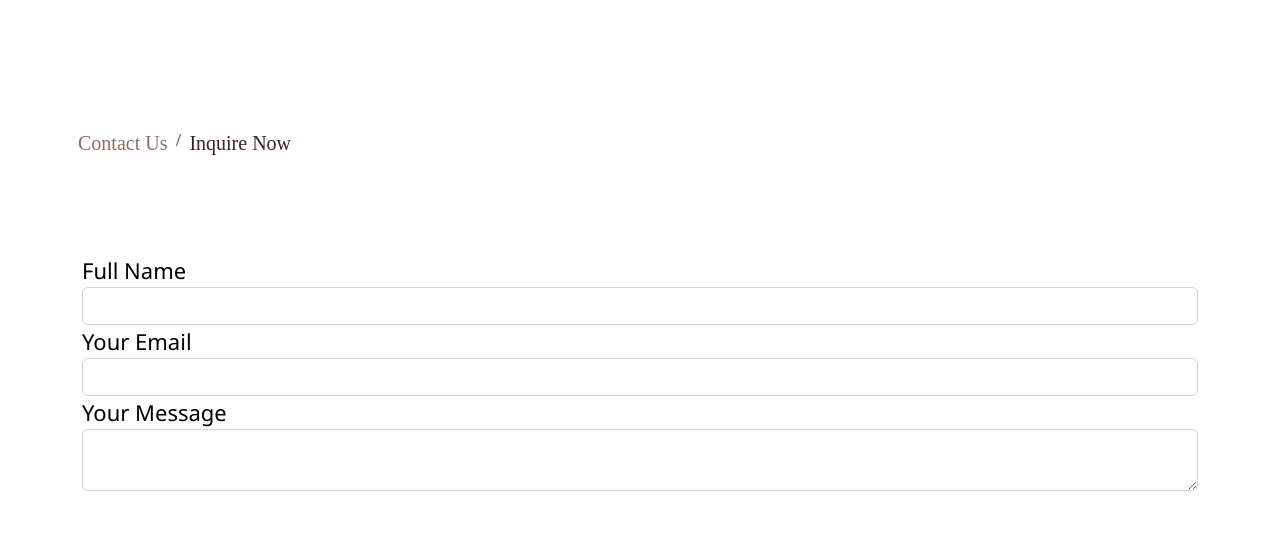
Repository: kaushalyaweerakoon/Plantation-Villa
Page: contact-us.html
These files come from the project's save history. The page is drawn as it stood at one moment and after the next save; the edit follows.
The browser window is 1280 px wide. The pictures show the part of the page from y = 1313 to 1992 px (the page is 1852 px tall before and 1992 px after).
Some web fonts or font styles are not loaded; a fallback is used.

Above is the page before, as saved 2022-08-15 15:19:41.
Not found: assets/js/main.js

### contact-us.html
<!doctype html>
<html lang="en">

<head>
    <meta charset="utf-8">
    <meta name="viewport" content="width=device-width, initial-scale=1">

    <title>Plantation Villa| News Inner</title>

    <!-- Bootstrap css -->
    <link href="https://cdn.jsdelivr.net/npm/bootstrap@5.2.0-beta1/dist/css/bootstrap.min.css" rel="stylesheet"
        integrity="sha384-0evHe/X+R7YkIZDRvuzKMRqM+OrBnVFBL6DOitfPri4tjfHxaWutUpFmBp4vmVor" crossorigin="anonymous">

    <!-- fonts -->
    <link href="http://fonts.cdnfonts.com/css/segoe-ui-4" rel="stylesheet">
    <link rel="preconnect" href="https://fonts.googleapis.com">
    <link rel="preconnect" href="https://fonts.gstatic.com" crossorigin>

    <!-- swiperJS -->
    <link rel="stylesheet" href="https://unpkg.com/swiper@8/swiper-bundle.min.css" />

    <!-- custom css -->
    <link rel="stylesheet" href="asserts/css/main.css">

</head>


<!-- Section 2-->
<section class="container mt-md-4 mt-3 mb-5 pb-4">
    <p class="title pt-3">CONTACT US</p>

    <div class="text-center" id="">
        <p class="text">
            Lorem ipsum dolor sit amet, consectetur adipiscing elit. Cras cursus velit eu efficitur ultricies. Ut
            interdum et ipsum quis mattis. Sed bibendum arcu non sodales euismod. Proin ac metus quis ligula tempus
            commodo id a nunc.
        </p>
    </div>
</section>

<div class="container pb-4">
    <!-- Breadcrumb -->
    <nav aria-label="" class="mt-5 mb-4 ">
        <ol class="breadcrumb">
            <li class="breadcrumb-item"><a href="" class="breadcrumb-text fs-13-px text-font-family">Contact
                    Us </a>
            <li class="breadcrumb-item"><a href="" aria-current="page"
                    class="breadcrumb-text active fs-13-px text-font-family">Get In Touch</a>
            </li>
        </ol>
    </nav>
    <!--/ Breadcrumb -->

    <div class="row gy-3 gx-4">
        <div class="col-md-4 col-xl-2 pe-xl-5">

            <div class="col-xl-12 pb-5">
                <p class="country-text">Sri Lanka</p>
                <p class="">Wattalaya Watta,<br>
                    Nehinna, Dodangoda,<br>
                    Kalutara, Sri Lanka</p>
                <ul class="list-unstyled">
                    <li><a class="mb-3 lh-lg text-dark text-decoration-none"
                            href="reservations@srimal.com">reservations@srimal.com</a>
                    </li>
                    <li><a class="text-dark text-decoration-none" href="tel:++090123456789">+090123456789</a></li>
                </ul>
            </div>
        </div>

        <div class="col-md-4 col-xl-2 pe-xl-5">
        </div>

        <div class="col-md-4 col-xl-2 pe-xl-5">
            <div class="col-xl-12 pb-5">
                <p class="country-text">UK</p>
                <p class="">Wattalaya Watta,<br>
                    Nehinna, Dodangoda,<br>
                    Kalutara, Sri Lanka</p>
                <ul class="list-unstyled">
                    <li><a class="mb-3 lh-lg text-dark text-decoration-none"
                            href="reservations@srimal.com">reservations@srimal.com</a>
                    </li>
                    <li><a class="text-dark text-decoration-none" href="tel:++090123456789">+090123456789</a></li>
                </ul>
            </div>

        </div>
    </div>
</div>


<!-- map section-->
<section class="container mt-md-4 mt-3 mb-5 pb-4">

    <div class="ratio" style="--bs-aspect-ratio: 50%;">
        <iframe
            src="https://www.google.com/maps/embed?pb=!1m14!1m8!1m3!1d52824.16461165647!2d80.37247646048803!3d7.61515466786648!3m2!1i1024!2i768!4f13.1!3m3!1m2!1s0x3ae333391ecc0a0d%3A0x8a95434c984a12bf!2sARALIYA%20HOTEL!5e0!3m2!1sen!2slk!4v1660547131912!5m2!1sen!2slk"
            width="600" height="450" style="border:0;" allowfullscreen="" loading="lazy"
            referrerpolicy="no-referrer-when-downgrade"></iframe>
    </div>
</section>
<!-- map section -->

<!-- Breadcrumb -->
<div class="container pb-4 p-2">
    <nav aria-label="" class="mt-5 mb-4 ">
        <ol class="breadcrumb">
            <li class="breadcrumb-item"><a href="" class="breadcrumb-text fs-13-px text-font-family">Contact
                    Us </a>
            <li class="breadcrumb-item"><a href="" aria-current="page"
                    class="breadcrumb-text active fs-13-px text-font-family">Inquire Now</a>
            </li>
        </ol>
    </nav>
</div>
<!--/ Breadcrumb -->
<section>
    <div class="container pb-4">
        <nav aria-label="" class="mt-5 mb-4 ">
            <div id="contact-us">
                <form>
                    <div class="">
                        <div class="">
                            <label for="fullname" class="text">Full Name</label>
                            <input type="text" class="form-control" id="fullname" aria-describedby="emailHelp">
                        </div>





                        <div class="">
                            <div class="d-flex justify-content-between align-items-center">
                                <label for="emailaddress" class="text">Your Email </label>
                            </div>
                            <input type="email" class="form-control" id="emailaddress" aria-describedby="emailHelp">
                        </div>

                        <div class="">
                            <label for="comment" class="text">Your Message</label>
                            <textarea class="form-control h-auto" id="comment"></textarea>
                        </div>
                    </div>
                </form>
            </div>
        </nav>
    </div>
</section>



<!-- bootstrap -->
<script src="https://cdn.jsdelivr.net/npm/bootstrap@5.2.0-beta1/dist/js/bootstrap.bundle.min.js"
    integrity="sha384-pprn3073KE6tl6bjs2QrFaJGz5/SUsLqktiwsUTF55Jfv3qYSDhgCecCxMW52nD2"
    crossorigin="anonymous"></script>

<!-- swiperJS -->
<script src="https://unpkg.com/swiper@8/swiper-bundle.min.js"></script>

<!-- custom script -->
<script src="assets/js/main.js"></script>


</body>

</html>

### asserts/css/main.css
/* Call the root */
:root {
  --Lora-font: 'Lora';
  --Segoe-font: 'Segoe UI';

  --font-size-14px: 18px;
  --font-size-20px: 20px;
  --font-size-22px: 22px;
  --font-size-25px: 25px;
  --font-size-30px: 30px;
  --font-size-35px: 35px;
  --font-size-40px: 40px;

  --font-color-8d6e63: #8d6e63;
  --font-color-3e2222: #3e2222;
  --bggreen: #7d824a;
  --co-white: #ffffff;
}

/* Create clases for fronts */
.Lora-ff {
  font-family: var(--Lora-font);
}

.Segoe-ff {
  font-family: var(--Segoe-font);
}

/* Create clases for front sizes*/
.fs-18-px {
  font-size: var(--font-size-18px)
}

.fs-20-px {
  font-size: var(--font-size-20px)
}

.fs-22-px {
  font-size: var(--font-size-22px)
}

.fs-25-px {
  font-size: var(--font-size-22px)
}

.fs-30-px {
  font-size: var(--font-size-30px)
}

.fs-35-px {
  font-size: var(--font-size-35px)
}

.fs-40-px {
  font-size: var(--font-size-40px)
}

/* Color */
.txt-purple {
  color: var(--font-color-8d6e63)
}

.txt-red {
  color: var(--font-color-3e2222)
}

/* news inner */

/* Breadcrumb */
.breadcrumb-text {
  font-family: var(--Lora-font);
  text-decoration: none;
  color: var(--font-color-8d6e63);
  font-weight: normal;
  font-size: var(--font-size-20px);
}

.breadcrumb-text.active {
  color: var(--font-color-3e2222);
  text-decoration: none;
  font-weight: normal;
}

.breadcrumb-text:hover {
  font-family: var(--Lora-font);
  font-size: var(--font-size-35px);
  color: var(--font-color-8d6e63);
  text-decoration: none;
}

/* -- */

.newsinner-date {
  color: var(--font-color-8d6e63);
  font-family: var(--Segoe-font);
  font-size: var(--font-size-20px);
}

.newsinner-head {
  color: var(--font-color-3e2222);
  font-family: var(--Lora-font);
  font-size: 45px;
  font-weight: normal;
}

/* Heading */

.title {
  font-size: var(--font-size-30px);
  font-family: var(--Segoe-font);
  color: var(--font-color-8d6e63);
  text-align: center;
  margin-bottom: clamp(40px, 5vw, 71px);
}
.text{
  font-size: var(--font-size-22px);
  font-family: var(--Segoe-font);
  color: #000;
}

/* contact us */
.country-text {
  font-family: var(--Lora-font)!important;
  color: var(--font-color-3e2222);
  font-weight: normal;
  font-size: var(--font-size-30px);
}

After the next save:
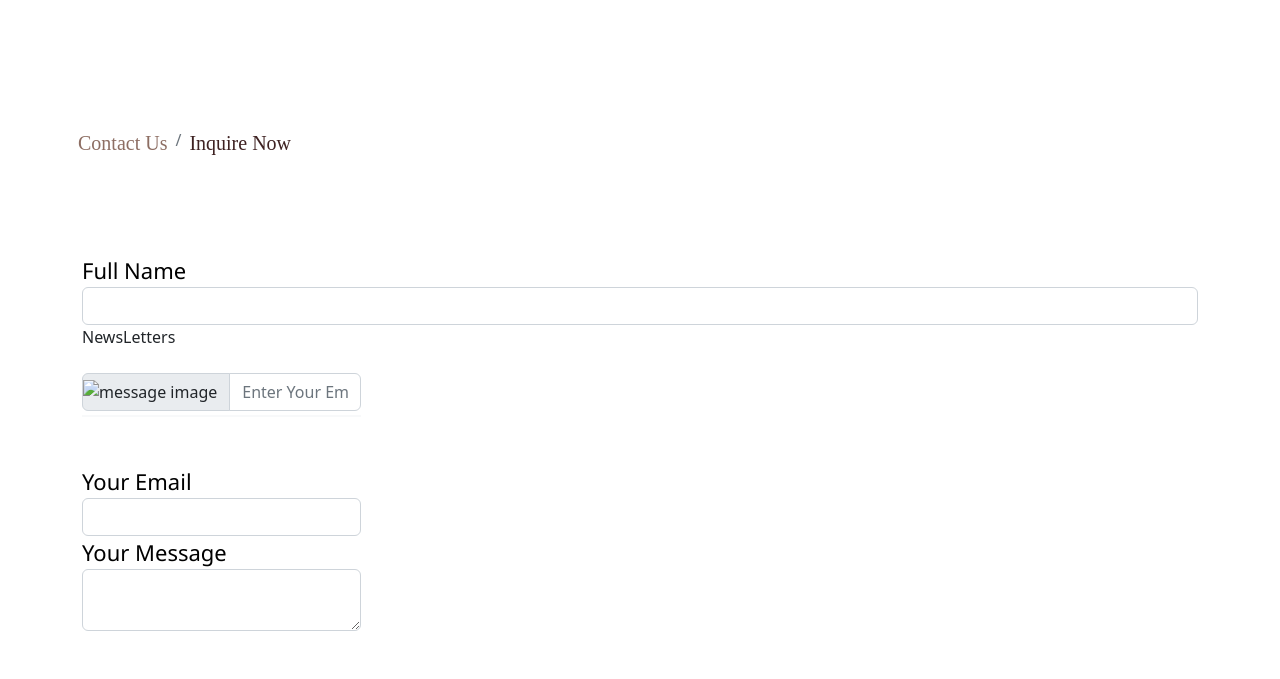
Not found: assets/images/iconly-light-message.svg
Saved 4 s later.
--- a/contact-us.html
+++ b/contact-us.html
@@ -126,7 +126,18 @@
                             <input type="text" class="form-control" id="fullname" aria-describedby="emailHelp">
                         </div>
 
-
+                        <div class="col-md-5 col-xl-3 order-4">
+                            <div class="row">
+                                <div class="col-12 mb-5">
+                                    <p class="footer-text mb-4">NewsLetters</p>
+                                    <div class="input-group border-bottom border-2 border-light pb-1">
+                                        <span class="input-group-text ps-0" id="email">
+                                            <img src="assets/images/iconly-light-message.svg" alt="message image">
+                                        </span>
+                                        <input type="email" class="form-control" placeholder="Enter Your Email Address"
+                                            aria-label="email" aria-describedby="basic-addon1">
+                                    </div>
+                                </div>
 
 
 
